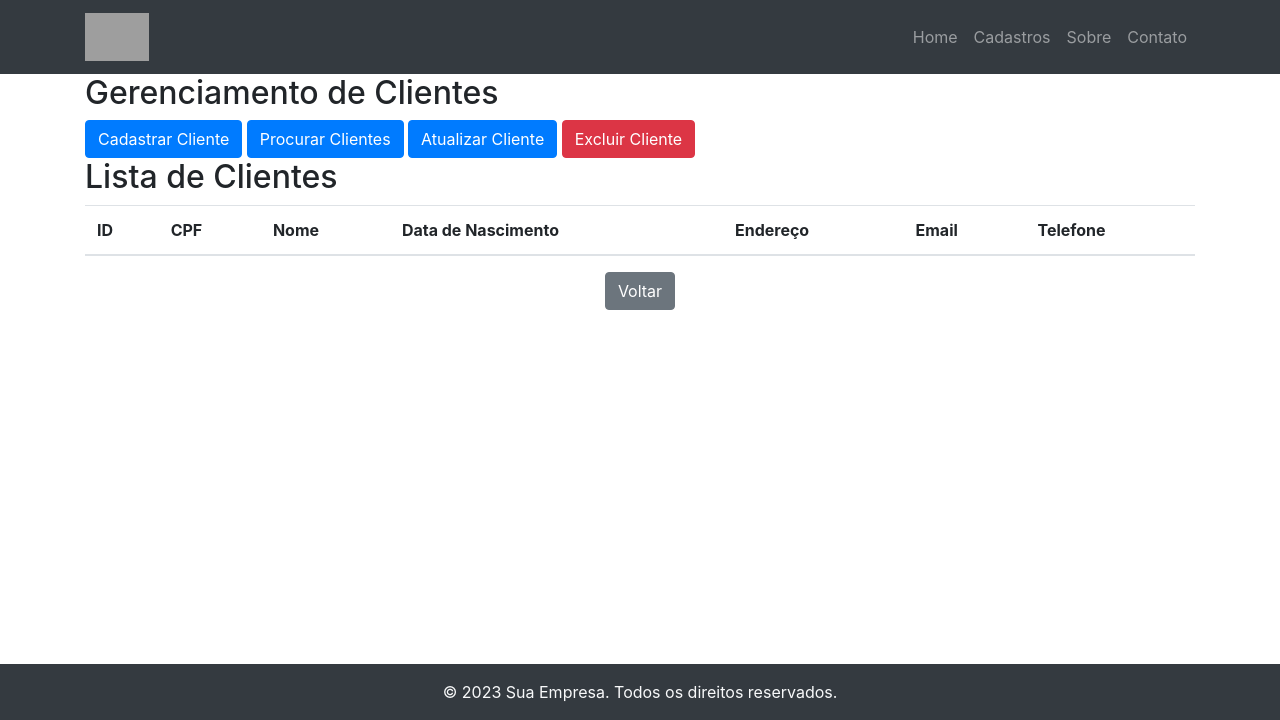
Repository: hagartelles/serveletProject
Page: http://localhost/BeltourServerlet/ReadController
These files come from the project's save history. The page is drawn as it stood at one moment and after the next save; the edit follows.
The browser window is 1280 px wide. The pictures show the whole page.
Pictures or frames that could not be fetched are drawn as grey boxes. The page is served by Tomcat 9. Other server files are loaded and not shown. Queries for data that is not in the repository find no rows.

Above is the page before, as saved 2023-11-07 01:58:13.

### BeltourServerlet/src/main/webapp/ReadClients.jsp
<%@ page language="java" contentType="text/html; charset=UTF-8" pageEncoding="UTF-8"%>
<%@ taglib prefix="c" uri="http://java.sun.com/jsp/jstl/core" %>
<!DOCTYPE html>
<html xmlns:th="http://www.thymeleaf.org">
<head>
    <meta charset="UTF-8">
    <title>Lista de Clientes</title>
    <!-- Incluindo arquivos CSS do Bootstrap -->
    <link href="https://maxcdn.bootstrapcdn.com/bootstrap/4.5.2/css/bootstrap.min.css" rel="stylesheet">
</head>
<body>
    <!-- Cabeçalho -->
    <header>
        <nav class="navbar navbar-expand-lg navbar-dark bg-dark text-light">
            <div class="container">
                <a class="navbar-brand" href="#"><img src="./icon/samurai.png" height="48px"></a>
                <button class="navbar-toggler" type="button" data-toggle="collapse" data-target="#navbarNav" aria-controls="navbarNav" aria-expanded="false" aria-label="Toggle navigation">
                    <span class="navbar-toggler-icon"></span>
                </button>
                <div class="collapse navbar-collapse" id="navbarNav">
                    <ul class="navbar-nav ml-auto">
                        <li class="nav-item">
                            <a class="nav-link" href="#">Home</a>
                        </li>
                        <li class="nav-item">
                            <a class="nav-link" href="ReadController">Cadastros</a>
                        </li>
                        <li class="nav-item">
                            <a class="nav-link" href="#sobre">Sobre</a>
                        </li>
                        <li class="nav-item">
                            <a class="nav-link" href="#contato">Contato</a>
                        </li>
                    </ul>
                </div>
            </div>
        </nav>
    </header>

    <!-- Corpo da Página -->
    <div class="container">
    <h2>Gerenciamento de Clientes</h2>

    <!-- Formulário para Ações de Cliente -->
	<form id="cliente-form">
	  <a href="CreateClient.jsp" class="btn btn-primary" name="cadastrar">Cadastrar Cliente</a>
	  <a href="ReadController" class="btn btn-primary" name="procurar">Procurar Clientes</a>
	  <a href="UpdateClient.jsp" class="btn btn-primary" name="atualizar">Atualizar Cliente</a>
	  <a href="DeleteClient.jsp" class="btn btn-danger" name="excluir">Excluir Cliente</a>
	</form>
  </div>

    <div class="container">
        <h2>Lista de Clientes</h2>

        <table class="table">
            <thead>
                <tr>
                    <th>ID</th>
                    <th>CPF</th>
                    <th>Nome</th>
                    <th>Data de Nascimento</th>
                    <th>Endereço</th>
                    <th>Email</th>
                    <th>Telefone</th>
                </tr>
            </thead>
            <tbody>
                <!-- Use Thymeleaf para iterar sobre a lista de clientes e exibi-los -->
                <c:forEach items="${clients}" var="clients">
                    <tr class="text-center">
                        <td>${clients.id}</td>
                        <td>${clients.cpf}</td>
                        <td>${clients.nome}</td>
                        <td>${clients.bornDate}</td>
                        <td>${clients.adress}</td>
                        <td>${clients.email}</td>
                        <td>${clients.tel}</td>

                	</tr>
                </c:forEach>
            </tbody>
        </table>
    </div>

    <div class="text-center mt-3">
        <a href="Index.html" class="btn btn-secondary">Voltar</a>
    </div>

    <!-- Rodapé -->
    <footer class="bg-dark text-light text-center py-3 fixed-bottom">
        &copy; 2023 Sua Empresa. Todos os direitos reservados.
    </footer>

    <!-- Incluindo arquivos JavaScript do Bootstrap e jQuery -->
    <script src="https://code.jquery.com/jquery-3.5.1.slim.min.js"></script>
    <script src="https://cdn.jsdelivr.net/npm/bootstrap@4.5.2/dist/js/bootstrap.min.js"></script>
</body>
</html>

### BeltourServerlet/src/main/java/controller/ReadController.java
package controller;

import java.io.IOException;
import java.sql.SQLException;
import java.util.List;

import javax.servlet.RequestDispatcher;
import javax.servlet.ServletException;
import javax.servlet.annotation.WebServlet;
import javax.servlet.http.HttpServlet;
import javax.servlet.http.HttpServletRequest;
import javax.servlet.http.HttpServletResponse;

import dao.ClientDAO;
import model.Client;

@WebServlet("/ReadController")
public class ReadController extends HttpServlet {
	private static final long serialVersionUID = 1L;

	protected void doGet(HttpServletRequest request, HttpServletResponse response)
			throws ServletException, IOException {
		ClientDAO clientDAO = new ClientDAO();
		List<Client> clients = clientDAO.findAll();
		request.setAttribute("clients", clients);

		RequestDispatcher rd = request.getRequestDispatcher("ReadClients.jsp");
		rd.forward(request, response);

	}

}

### BeltourServerlet/src/main/java/dao/ClientDAO.java
package dao;

import java.sql.Connection;
import java.sql.PreparedStatement;
import java.sql.ResultSet;
import java.sql.SQLException;
import java.time.LocalDate;
import java.util.ArrayList;
import java.util.List;
import java.sql.Date;

import database.DatabaseConnection;
import model.Client;



public class ClientDAO {

	private Connection connection;

	/*public ClientDAO() throws SQLException {
		connection = DatabaseConnection.createConnection();
	}*/

	//CRIAR CLIENTE
    public void createClient(Client client) {

    	String sql = "INSERT INTO client (cpf, nome, dataNasc, endereco, email, telefone, createDate ) VALUES (?, ?, ?, ? ,? ,? ,?)";

    	Connection connection = DatabaseConnection.createConnection();

    	try (PreparedStatement stmt = connection.prepareStatement(sql)){



    		Date bornDate = Date.valueOf(client.getBornDate());
    		LocalDate createdDate = LocalDate.now();
    		Date sqlCreatedDate = Date.valueOf(createdDate);

        	stmt.setLong(1, client.getCpf());
        	stmt.setString(2, client.getNome());
        	stmt.setDate(3, bornDate);
        	stmt.setString(4, client.getAdress());
        	stmt.setString(5, client.getEmail());
            stmt.setLong(6, client.getTel());
            stmt.setDate(7, sqlCreatedDate);

            stmt.executeUpdate();
            stmt.close();

        } catch (SQLException e) {
            e.printStackTrace();
        }
    }

    public Client findById(long id){

    	String sql = "SELECT * FROM client WHERE id = ?";
    	Client client = null;

    	try {
    		Connection connection = DatabaseConnection.createConnection();
    		PreparedStatement stmt = connection.prepareStatement(sql);


        	stmt.setLong(1, id);
            ResultSet result = stmt.executeQuery();
            if (result.next()) {

            	client = new Client();

            	client.setCpf(result.getLong(1));
            	client.setNome(result.getString(2));
            	client.setBornDate(result.getDate(3).toLocalDate());
            	client.setAdress(result.getString(4));
            	client.setEmail(result.getString(5));
            	client.setTel(result.getLong(6));
            	client.setCreatedTime(result.getDate(7).toLocalDate());

            }
        } catch (SQLException e) {
            e.printStackTrace();
        }
    	return client;
    }

    public void deleteById (long id){


    	String sql = "DELETE FROM client WHERE id = ?";

    	try {

    		Connection connection = DatabaseConnection.createConnection();
    		PreparedStatement stmt = connection.prepareStatement(sql);
    		stmt.setLong(1, id);
            int rowsAffected = stmt.executeUpdate();

            if (rowsAffected > 0) {
            	System.out.println("Cliente " + id + " deletado com sucesso");
            } else {
            	System.out.println("Nenhum dado deletado");
            }
        } catch (SQLException e) {
            e.printStackTrace();
        }
    }

  //LISTAR
  	public List<Client> findAll() {


      	List<Client> clients = new ArrayList<>();
      	String sql = "SELECT * FROM client";

      	try {

      		Connection connection = DatabaseConnection.createConnection();
      		PreparedStatement stmt = connection.prepareStatement(sql);
      		ResultSet result = stmt.executeQuery();

            while (result.next()) {

            	Client client = new Client();
            	client = new Client();
            	client.setId(result.getLong(1));
            	client.setCpf(result.getLong(2));
            	client.setNome(result.getString(3));
            	client.setBornDate(result.getDate(4).toLocalDate());
            	client.setAdress(result.getString(5));
            	client.setEmail(result.getString(6));
            	client.setTel(result.getLong(7));
            	client.setCreatedTime(result.getDate(8).toLocalDate());
            	clients.add(client);
              }
          } catch (SQLException e) {
              e.printStackTrace();
          }
      	return clients;
      }

    public void updateClient (Client client){

    	Client currentClient = findById(client.getId());

    	if(currentClient == null) {
    		System.out.println("Client does not exist ");
    		return;
    	}
    	String sql = "UPDATE CLIENTE "
    			+ "SET cpf = ?,  nome = ?, cpf = ?, dataNasc = ?, endereco = ?, email = ?, telefone = ? "
    			+ "WHERE id = ?";



    	try{

    		Connection connection = DatabaseConnection.createConnection();
    		PreparedStatement stmt = connection.prepareStatement(sql);

    		Date bornDate = Date.valueOf(client.getBornDate());
        	stmt.setLong(1, client.getCpf());
        	stmt.setString(2, client.getNome());
        	stmt.setDate(3, bornDate);
        	stmt.setString(4, client.getAdress());
        	stmt.setString(5, client.getEmail());
            stmt.setLong(6, client.getTel());

            stmt.setLong(7, client.getId());
            int rowsAffected = stmt.executeUpdate();

            if (rowsAffected > 0) {
            	System.out.println("Cliente " + client.getId() + " Atualizado");
            } else {
            	System.out.println("Nenhum dado atualizado");
            }


        } catch (SQLException e) {

            e.printStackTrace();

        }


    }
}

### BeltourServerlet/src/main/java/database/DatabaseConnection.java
package database;

import java.sql.Connection;
import java.sql.DriverManager;
import java.sql.SQLException;

public class DatabaseConnection {
    public static Connection connection;
    private static final String url = "jdbc:mysql://localhost:3306/beltour2";
    private static final String user = "root";
    private static final String password = "m3nuplaYvol*";

    public DatabaseConnection() {
    }

    public static Connection createConnection() {
		try {
			Class.forName("com.mysql.cj.jdbc.Driver");
			System.out.println("Driver Encontrado!");
		} catch (ClassNotFoundException e) {
			System.out.println(e.getMessage());
		}

		try {

			Connection connection = DriverManager.getConnection(url, user, password);
			System.out.println("Conectado!");
			return connection;

		} catch (SQLException e) {

			System.out.println(e.getMessage());
			return null;
		}

	}
}

After the next save:
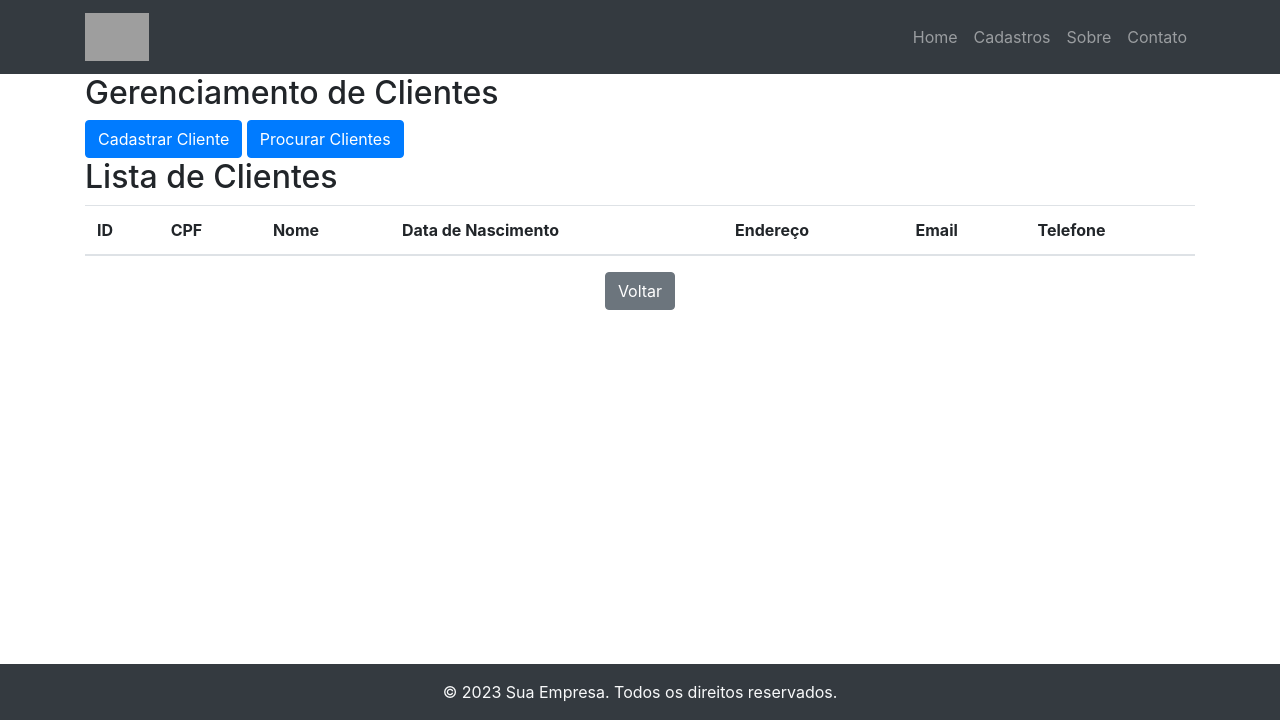
Saved 68 s later.
--- a/BeltourServerlet/src/main/webapp/ReadClients.jsp
+++ b/BeltourServerlet/src/main/webapp/ReadClients.jsp
@@ -45,8 +45,6 @@
 	<form id="cliente-form">
 	  <a href="CreateClient.jsp" class="btn btn-primary" name="cadastrar">Cadastrar Cliente</a>
 	  <a href="ReadController" class="btn btn-primary" name="procurar">Procurar Clientes</a>
-	  <a href="UpdateClient.jsp" class="btn btn-primary" name="atualizar">Atualizar Cliente</a>
-	  <a href="DeleteClient.jsp" class="btn btn-danger" name="excluir">Excluir Cliente</a>
 	</form>
   </div>
 
@@ -76,7 +74,8 @@
                         <td>${clients.adress}</td>
                         <td>${clients.email}</td>
                         <td>${clients.tel}</td>
-
+						<td><a href="UpdateClient.jsp" class="btn btn-primary" name="atualizar">Atualizar Cliente</a></td>
+						<td><a href="DeleteClient.jsp" class="btn btn-danger" name="excluir">Excluir Cliente</a></td>
                 	</tr>
                 </c:forEach>
             </tbody>
